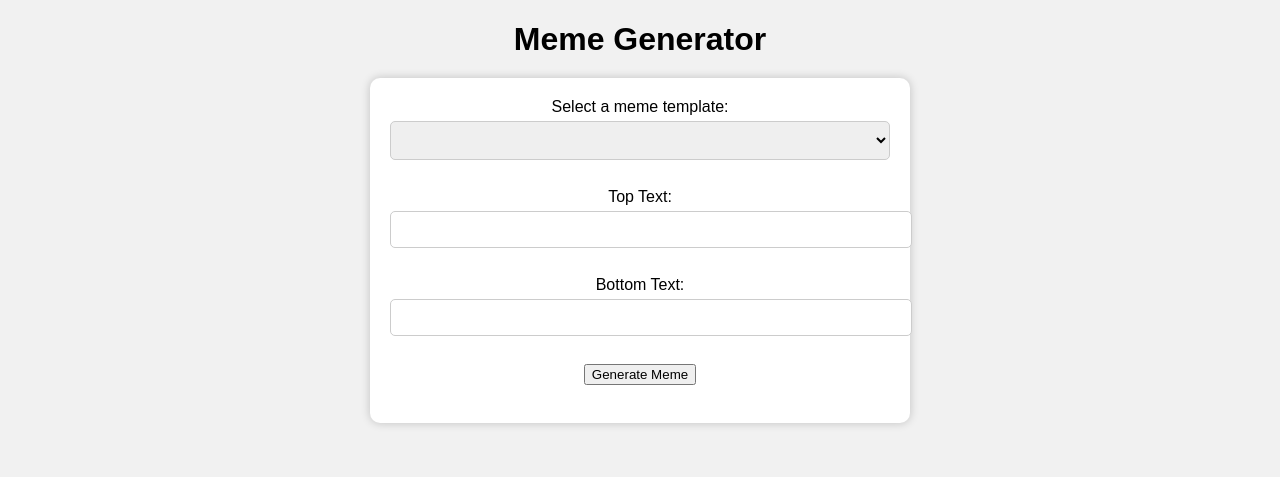
Repository: lvcg/memegenerator
Page: index.html
The author's editor kept a copy of each file at every save. The page is drawn from the files as they stood at one save, then again after the next save.
The browser window is 1280 px wide. The pictures show the whole page.
The page's requests for data from a server got no answer.

Above is the page before, as saved 2023-02-28 23:52:54.

### index.html
<!DOCTYPE html>
<html>
<head>
	<title>Meme Generator</title>
	<link rel="stylesheet" type="text/css" href="style.css">
</head>
<body>
	<h1>Meme Generator</h1>
	<div class="container">
		<form>
			<label for="template_id">Select a meme template:</label>
			<select id="template_id"></select>
			<br>
			<label for="text_top">Top Text:</label>
			<input type="text" id="text_top" name="text_top">
			<br>
			<label for="text_bottom">Bottom Text:</label>
			<input type="text" id="text_bottom" name="text_bottom">
			<br>
			<button type="button" id="generate_meme">Generate Meme</button>
		</form>
		<br>
		<div id="meme_container"></div>
	</div>
	<script src="script.js"></script>
</body>
</html>

### style.css
body {
    background-color: #f1f1f1;
    font-family: Arial, sans-serif;
    text-align: center;
  }

  .container {
    max-width: 500px;
    margin: auto;
    background-color: #fff;
    padding: 20px;
    border-radius: 10px;
    box-shadow: 0 0 10px rgba(0,0,0,0.2);
  }

  h1 {
    font-size: 32px;
    margin-bottom: 20px;
  }

  label {
    display: block;
    margin-bottom: 5px;
  }

  input, select {
    display: block;
    width: 100%;
    padding: 10px;
    margin-bottom: 10px;
    border-radius: 5px;
    border: 1px solid #ccc;
  }

  button[type="submit"] {
    display: block;
    width: 100%;
    padding: 10px;
    background-color: #007bff;
    color: #fff;
    border-radius: 5px;
    border: none;
    cursor: pointer;
    font-size: 16px;
  }

  button[type="submit"]:hover {
    background-color: #0069d9;
  }

  #error {
    color: red;
    margin-top: 10px;
  }

  #result img {
    max-width: 100%;
    margin-top: 20px;
  }

### script.js
// Define variables for meme generator elements
const templateIdSelect = document.getElementById("template_id");
const textTopInput = document.getElementById("text_top");
const textBottomInput = document.getElementById("text_bottom");
const generateMemeButton = document.getElementById("generate_meme");
const memeContainer = document.getElementById("meme_container");

// Populate meme template options
fetch("https://api.imgflip.com/get_memes")
	.then(response => response.json())
	.then(data => {
		const memes = data.data.memes;
		memes.forEach(meme => {
			const option = document.createElement("option");
			option.value = meme.id;
			option.text = meme.name;
			templateIdSelect.appendChild(option);
		});
	});

// Handle form submission and generate meme
generateMemeButton.addEventListener("click", () => {
	const templateId = templateIdSelect.value;
	const textTop = textTopInput.value;
	const textBottom = textBottomInput.value;
	const url = `https://api.imgflip.com/caption_image?template_id=${templateId}&username=<YOUR_USERNAME>&password=<YOUR_PASSWORD>&text0=${textTop}&text1=${textBottom}`;

	fetch(url)
		.then(response => response.json())
		.then(data => {
			const imageUrl = data.data.url;
			const memeImage = document.createElement("img");
			memeImage.src = imageUrl;
			memeContainer.innerHTML = "";
			memeContainer.appendChild(memeImage);
		})
		.catch(error => {
			console.error(error);
			alert("Error generating meme. Please try again.");
		});
});

After the next save:
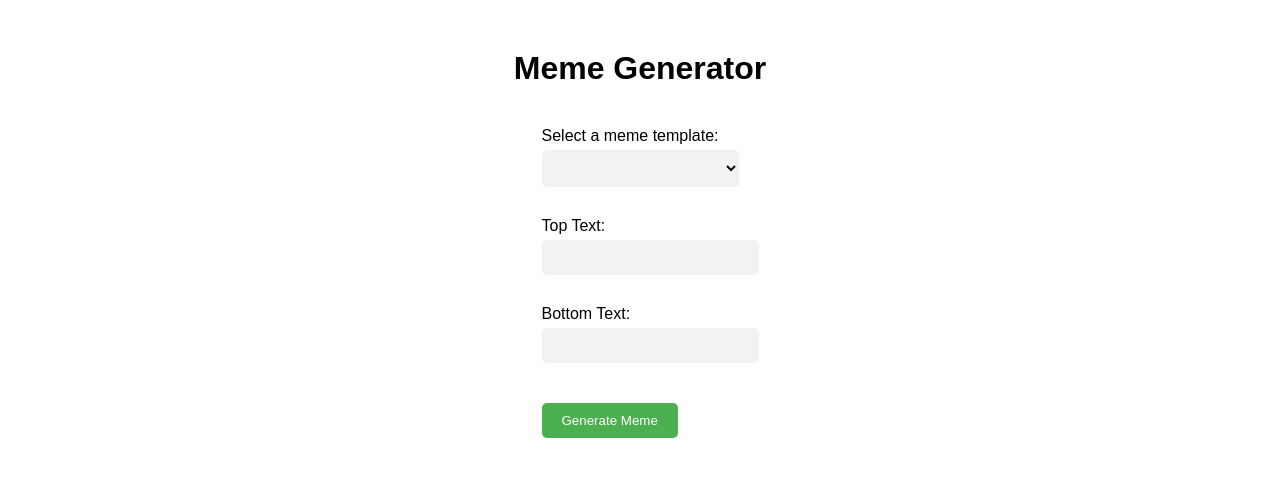
Saved 17 s later.
--- a/style.css
+++ b/style.css
@@ -1,59 +1,60 @@
 body {
-    background-color: #f1f1f1;
-    font-family: Arial, sans-serif;
-    text-align: center;
-  }
+	font-family: Arial, sans-serif;
+	text-align: center;
+}
 
-  .container {
-    max-width: 500px;
-    margin: auto;
-    background-color: #fff;
-    padding: 20px;
-    border-radius: 10px;
-    box-shadow: 0 0 10px rgba(0,0,0,0.2);
-  }
+h1 {
+	margin-top: 50px;
+}
 
-  h1 {
-    font-size: 32px;
-    margin-bottom: 20px;
-  }
+.container {
+	margin-top: 30px;
+}
 
-  label {
-    display: block;
-    margin-bottom: 5px;
-  }
+form {
+	display: inline-block;
+	text-align: left;
+}
 
-  input, select {
-    display: block;
-    width: 100%;
-    padding: 10px;
-    margin-bottom: 10px;
-    border-radius: 5px;
-    border: 1px solid #ccc;
-  }
+label {
+	display: block;
+	margin-top: 10px;
+}
 
-  button[type="submit"] {
-    display: block;
-    width: 100%;
-    padding: 10px;
-    background-color: #007bff;
-    color: #fff;
-    border-radius: 5px;
-    border: none;
-    cursor: pointer;
-    font-size: 16px;
-  }
+input[type=text] {
+	width: 100%;
+	padding: 10px;
+	border-radius: 5px;
+	border: none;
+	background-color: #f2f2f2;
+	margin-top: 5px;
+	margin-bottom: 20px;
+}
 
-  button[type="submit"]:hover {
-    background-color: #0069d9;
-  }
+select {
+	width: 100%;
+	padding: 10px;
+	border-radius: 5px;
+	border: none;
+	background-color: #f2f2f2;
+	margin-top: 5px;
+	margin-bottom: 20px;
+}
 
-  #error {
-    color: red;
-    margin-top: 10px;
-  }
+button {
+	background-color: #4CAF50;
+	color: white;
+	padding: 10px 20px;
+	border: none;
+	border-radius: 5px;
+	cursor: pointer;
+	margin-top: 20px;
+}
 
-  #result img {
-    max-width: 100%;
-    margin-top: 20px;
-  }
+button:hover {
+	background-color: #3e8e41;
+}
+
+img {
+	max-width: 100%;
+}
